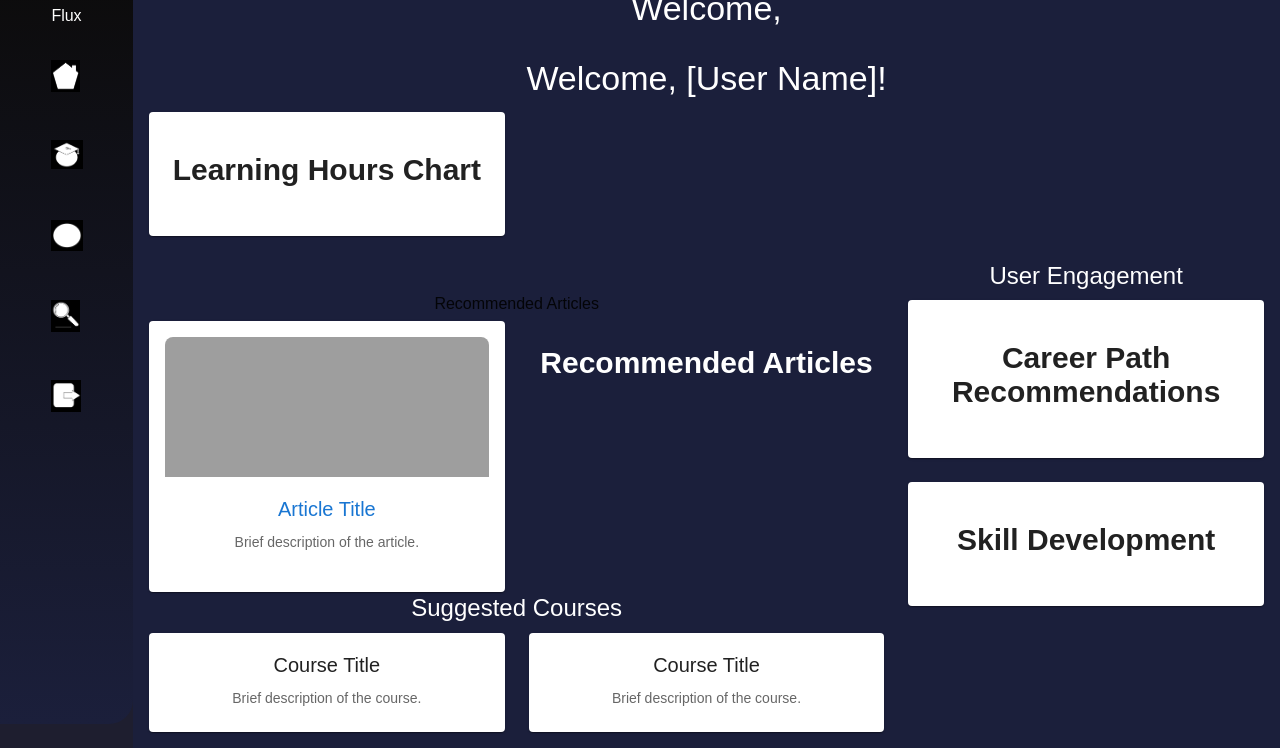
Repository: jvt2/OnlineCourseApp
Page: /dashboard
These files come from the project's save history. The page is drawn as it stood at one moment and after the next save; the edit follows.
The browser window is 1280 px wide. The pictures show the whole page.
Pictures or frames that could not be fetched are drawn as grey boxes. The page's requests for data from a server got no answer. The project was rebuilt for these pictures with package versions that can differ from the ones it lists, and the page was loaded fresh each time. No one was signed in, and anything a server would have sent is missing. Also part of the build but not shown: src/features/auth/Register.js, src/features/auth/Login.js, src/features/courses/ResumeUpload.js, src/features/courses/CourseRecommendations.js, src/components/common/MyModal.js, src/features/courses/CourseCatalog.js, src/features/courses/CourseDetail.js, src/components/common/Navbar.js and 3 more. Imported but missing from the stored project, and not drawn on this page: src/app/reportWebVitals.

Above is the page before, as saved 2024-07-18 21:09:50.

After the next save:
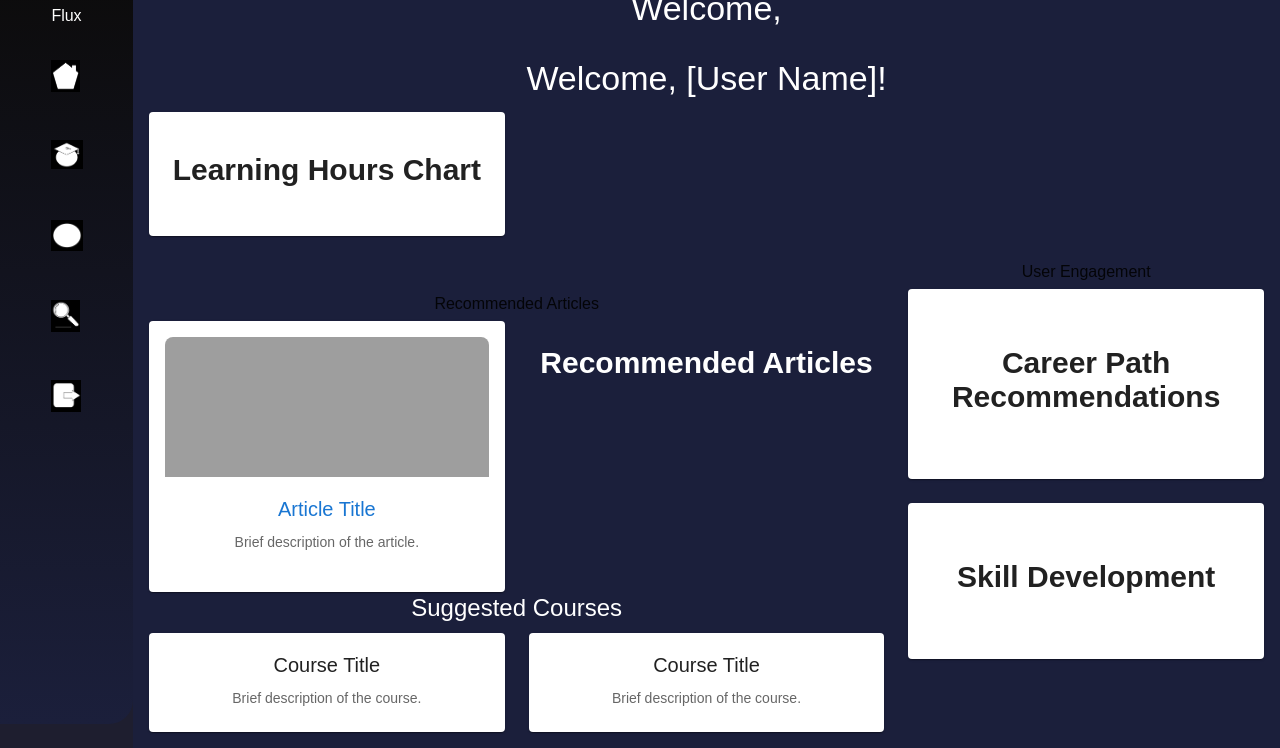
Saved 30 s later.
--- a/src/features/dashboard/SideSection.js
+++ b/src/features/dashboard/SideSection.js
@@ -3,22 +3,27 @@ import React from 'react';
 import { Box, Typography, Grid, Card, CardContent } from '@mui/material';
 import CareerPathRecommendations from '../../components/common/Recommendations/CareerPathRecommendations';
 import SkillDevelopment from '../../components/common/Recommendations/SkillDevelopment';
+import useDashboardStyles from '../../styles/dashboardstyles'; // Ensure correct casing
 
 function SideSection() {
+  const classes = useDashboardStyles();
+
   return (
-    <Box>
-      <Typography variant="h5" gutterBottom>User Engagement</Typography>
+    <Box className={classes.section}>
+      <Typography className={classes.sectionTitle} gutterBottom>
+        User Engagement
+      </Typography>
       <Grid container spacing={3}>
         <Grid item xs={12}>
-          <Card>
-            <CardContent>
+          <Card className={classes.card}>
+            <CardContent className={classes.cardContent}>
               <CareerPathRecommendations />
             </CardContent>
           </Card>
         </Grid>
         <Grid item xs={12}>
-          <Card>
-            <CardContent>
+          <Card className={classes.card}>
+            <CardContent className={classes.cardContent}>
               <SkillDevelopment />
             </CardContent>
           </Card>
